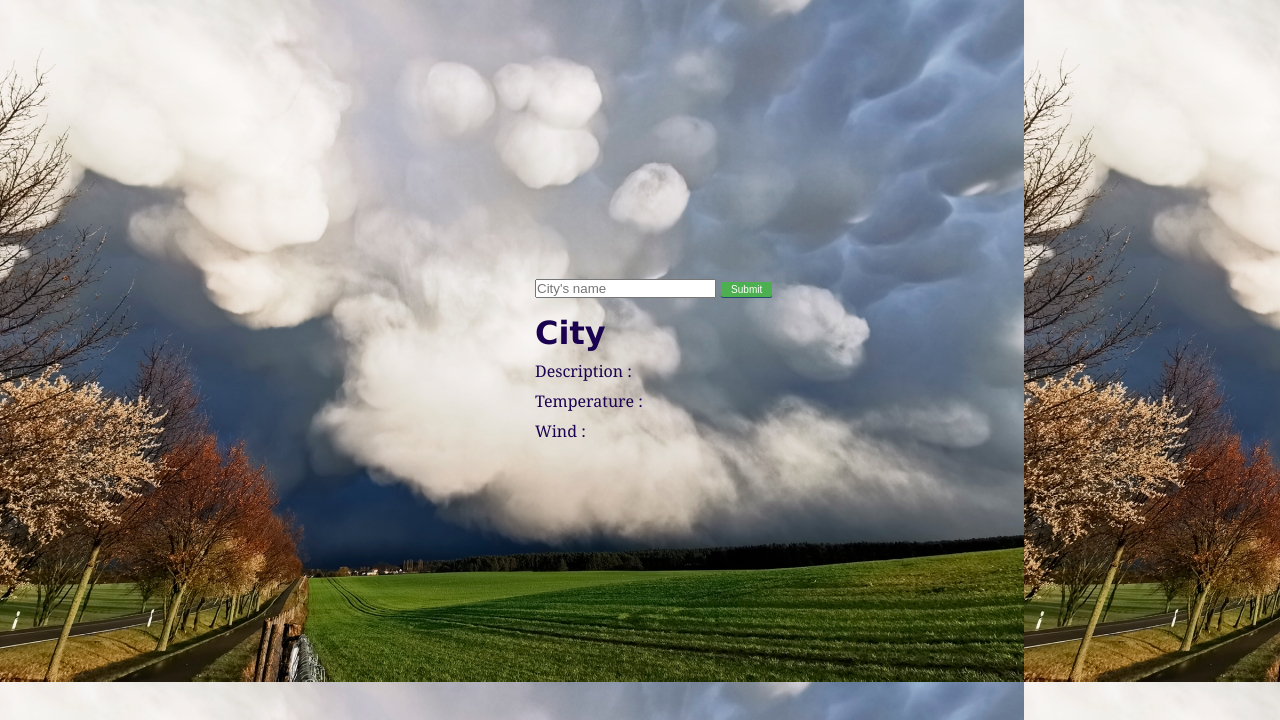
Repository: heartbreathing/searchWeather
Page: index.html
The author's editor kept a copy of each file at every save. The page is drawn from the files as they stood at one save, then again after a run of saves.
The browser window is 1280 px wide. The pictures show the whole page.

Above is the page before, as saved 2022-11-06 23:00:25.

After the next 3 saves:
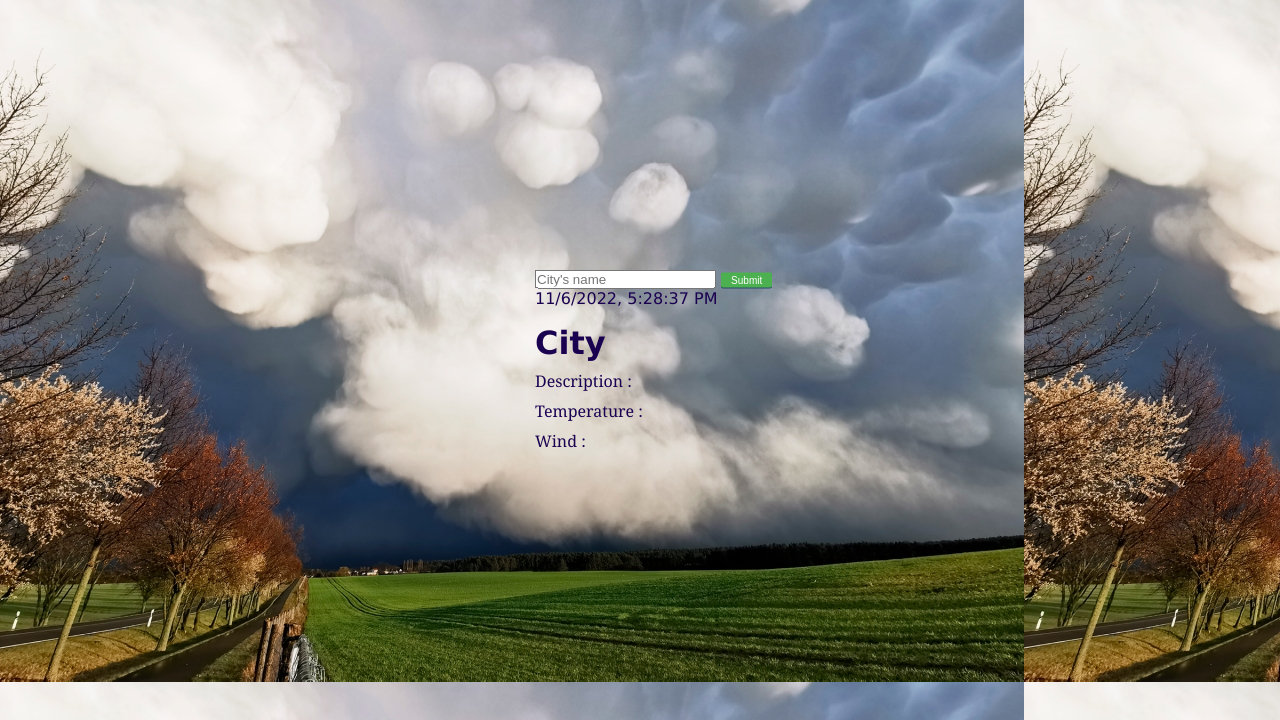
The 3 saves are shown as one change because they came seconds apart.
The last was saved 59 s later.
--- a/index.js
+++ b/index.js
@@ -1,6 +1,10 @@
     "use strict";
       let timeEl = document.querySelector('.time')
-
+      function getTime() {
+        timeEl.innerHTML = new Date().toLocaleString();
+        setTimeout(getTime, 1000);
+      }
+      getTime();
 
 
       let form = document.querySelector('.form');
